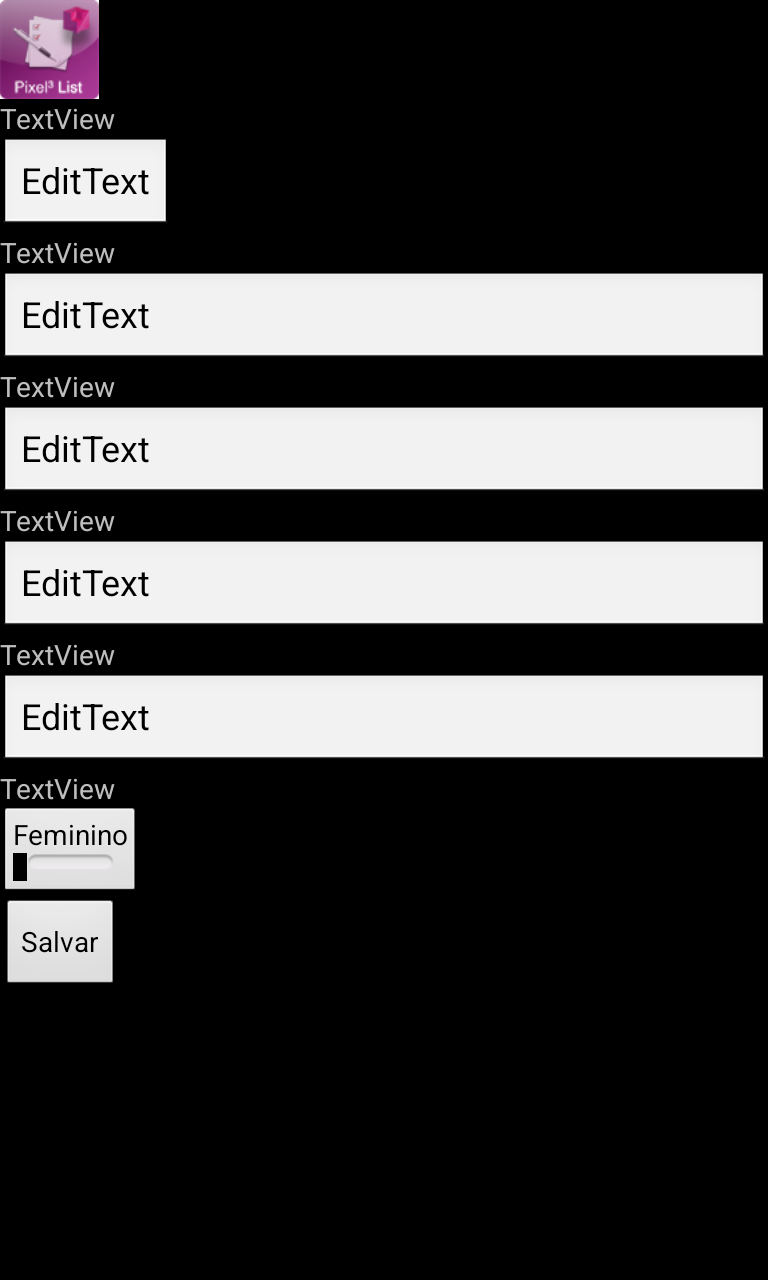
Repository: pixel3mobi/listaDigital
Layout: Pixel3List/res/layout/meusdados.xml
These files come from the project's save history. The layout is drawn as it stood at one moment and after the next save; the edit follows.
It is drawn on a 768 x 1280 px phone screen (xhdpi) without system bars, with theme android:Theme; the app's code is not run.

Above is the layout before, as saved 2011-03-22 10:33:07.

### Pixel3List/res/layout/meusdados.xml
<?xml version="1.0" encoding="utf-8"?>
<RelativeLayout xmlns:android="http://schemas.android.com/apk/res/android"
	android:layout_width="fill_parent" android:layout_height="fill_parent">
	<ImageView android:src="@drawable/icon" android:id="@+id/imageView1"
		android:layout_width="wrap_content" android:layout_height="wrap_content"
		android:layout_alignParentTop="true"></ImageView>
	<ScrollView android:layout_below="@+id/imageView1"
		android:layout_alignLeft="@+id/imageView1" android:layout_width="fill_parent"
		android:layout_height="fill_parent">
		<LinearLayout android:orientation="vertical" android:id="@+id/linearLayout1"
			android:layout_width="fill_parent" android:layout_height="wrap_content">
			<TextView android:text="TextView" android:id="@+id/textView1"
				android:layout_width="wrap_content" android:layout_height="wrap_content"></TextView>
			<EditText android:layout_height="wrap_content" android:text="EditText"
				android:id="@+id/editText1" android:layout_width="wrap_content"></EditText>
			<TextView android:text="TextView" android:id="@+id/textView2"
				android:layout_width="wrap_content" android:layout_height="wrap_content"></TextView>
			<EditText android:layout_height="wrap_content" android:text="EditText"
				android:id="@+id/editText2" android:layout_width="fill_parent"></EditText>
			<TextView android:text="TextView" android:id="@+id/textView3"
				android:layout_width="wrap_content" android:layout_height="wrap_content"></TextView>
			<EditText android:layout_height="wrap_content" android:text="EditText"
				android:id="@+id/editText3" android:layout_width="fill_parent"></EditText>
			<TextView android:text="TextView" android:id="@+id/textView4"
				android:layout_width="wrap_content" android:layout_height="wrap_content"></TextView>
			<EditText android:layout_height="wrap_content" android:text="EditText"
				android:id="@+id/editText4" android:layout_width="fill_parent"></EditText>
			<TextView android:text="TextView" android:id="@+id/textView5"
				android:layout_width="wrap_content" android:layout_height="wrap_content"></TextView>
			<EditText android:layout_height="wrap_content" android:text="EditText"
				android:id="@+id/editText5" android:layout_width="fill_parent"></EditText>
			<TextView android:text="TextView" android:id="@+id/textView7"
				android:layout_width="wrap_content" android:layout_height="wrap_content"></TextView>
			<ToggleButton android:textOn="Masculino"
				android:textOff="Feminino" android:id="@+id/toggleButton1"
				android:layout_width="wrap_content" android:layout_height="wrap_content"></ToggleButton>
			<Button android:text="Salvar" android:id="@+id/btnSalvar"
				android:layout_width="wrap_content" android:layout_height="wrap_content"></Button>
		</LinearLayout>
	</ScrollView>
</RelativeLayout>

After the next save:
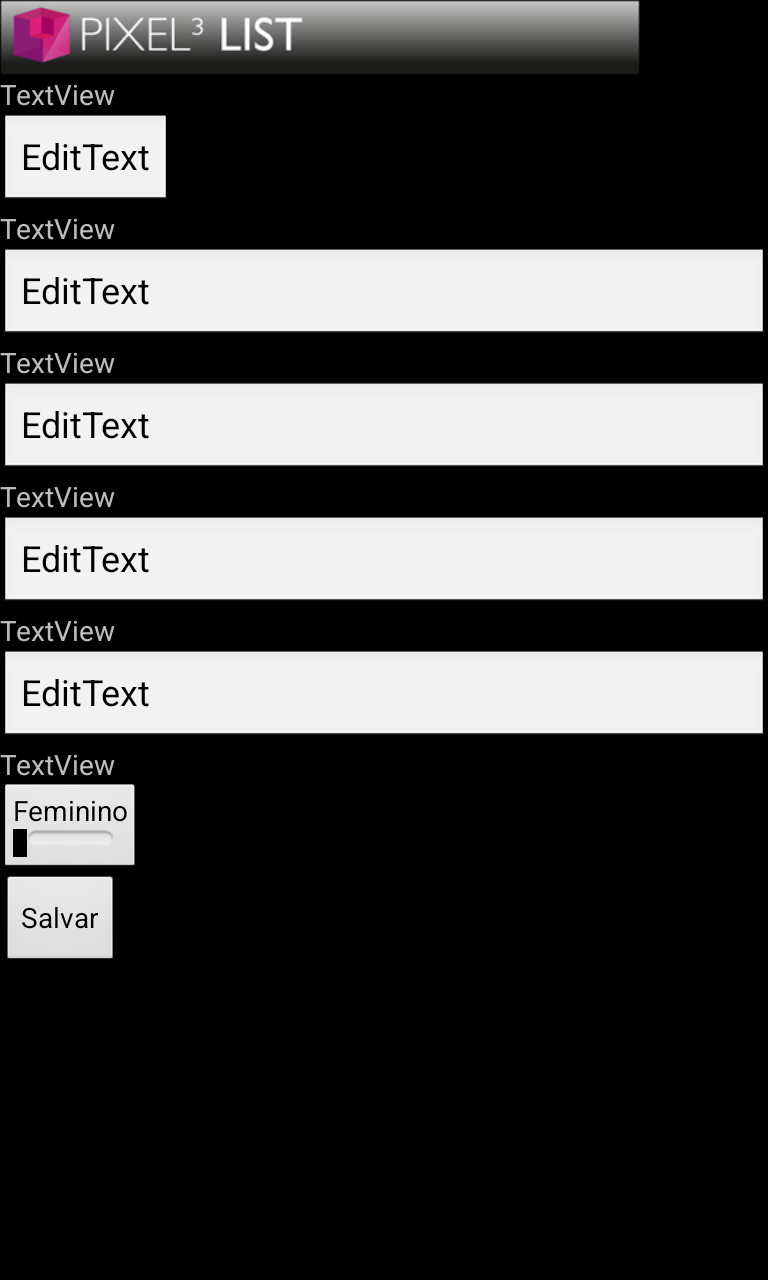
Saved 2 min 26 s later.
--- a/Pixel3List/res/layout/meusdados.xml
+++ b/Pixel3List/res/layout/meusdados.xml
@@ -1,41 +1,82 @@
 <?xml version="1.0" encoding="utf-8"?>
-<RelativeLayout xmlns:android="http://schemas.android.com/apk/res/android"
-	android:layout_width="fill_parent" android:layout_height="fill_parent">
-	<ImageView android:src="@drawable/icon" android:id="@+id/imageView1"
-		android:layout_width="wrap_content" android:layout_height="wrap_content"
-		android:layout_alignParentTop="true"></ImageView>
-	<ScrollView android:layout_below="@+id/imageView1"
-		android:layout_alignLeft="@+id/imageView1" android:layout_width="fill_parent"
+<RelativeLayout
+	xmlns:android="http://schemas.android.com/apk/res/android"
+	android:layout_width="fill_parent"
+	android:layout_height="fill_parent">
+	<ImageView
+		android:src="@drawable/cabecalho"
+		android:id="@+id/imageView1"
+		android:layout_width="wrap_content"
+		android:layout_height="wrap_content"
+		android:layout_alignParentTop="true">
+	</ImageView>
+	<ScrollView
+		android:layout_below="@+id/imageView1"
+		android:layout_alignLeft="@+id/imageView1"
+		android:layout_width="fill_parent"
 		android:layout_height="fill_parent">
-		<LinearLayout android:orientation="vertical" android:id="@+id/linearLayout1"
-			android:layout_width="fill_parent" android:layout_height="wrap_content">
-			<TextView android:text="TextView" android:id="@+id/textView1"
+		<LinearLayout
+			android:orientation="vertical"
+			android:id="@+id/linearLayout1"
+			android:layout_width="fill_parent"
+			android:layout_height="wrap_content">
+			<TextView
+				android:text="TextView"
+				android:id="@+id/textView1"
+				android:layout_width="wrap_content"
+				android:layout_height="wrap_content">
+			</TextView>
+			<EditText
+				android:layout_height="wrap_content" android:text="EditText"
+				android:id="@+id/editText1" android:layout_width="wrap_content"></EditText>
+			<TextView
+				android:text="TextView" android:id="@+id/textView2"
 				android:layout_width="wrap_content" android:layout_height="wrap_content"></TextView>
-			<EditText android:layout_height="wrap_content" android:text="EditText"
-				android:id="@+id/editText1" android:layout_width="wrap_content"></EditText>
-			<TextView android:text="TextView" android:id="@+id/textView2"
+			<EditText
+				android:layout_height="wrap_content" android:text="EditText"
+				android:id="@+id/editText2" android:layout_width="fill_parent"></EditText>
+			<TextView
+				android:text="TextView" android:id="@+id/textView3"
 				android:layout_width="wrap_content" android:layout_height="wrap_content"></TextView>
-			<EditText android:layout_height="wrap_content" android:text="EditText"
-				android:id="@+id/editText2" android:layout_width="fill_parent"></EditText>
-			<TextView android:text="TextView" android:id="@+id/textView3"
+			<EditText
+				android:layout_height="wrap_content" android:text="EditText"
+				android:id="@+id/editText3" android:layout_width="fill_parent"></EditText>
+			<TextView
+				android:text="TextView" android:id="@+id/textView4"
 				android:layout_width="wrap_content" android:layout_height="wrap_content"></TextView>
-			<EditText android:layout_height="wrap_content" android:text="EditText"
-				android:id="@+id/editText3" android:layout_width="fill_parent"></EditText>
-			<TextView android:text="TextView" android:id="@+id/textView4"
-				android:layout_width="wrap_content" android:layout_height="wrap_content"></TextView>
-			<EditText android:layout_height="wrap_content" android:text="EditText"
+			<EditText
+				android:layout_height="wrap_content" android:text="EditText"
 				android:id="@+id/editText4" android:layout_width="fill_parent"></EditText>
-			<TextView android:text="TextView" android:id="@+id/textView5"
-				android:layout_width="wrap_content" android:layout_height="wrap_content"></TextView>
-			<EditText android:layout_height="wrap_content" android:text="EditText"
-				android:id="@+id/editText5" android:layout_width="fill_parent"></EditText>
-			<TextView android:text="TextView" android:id="@+id/textView7"
-				android:layout_width="wrap_content" android:layout_height="wrap_content"></TextView>
-			<ToggleButton android:textOn="Masculino"
-				android:textOff="Feminino" android:id="@+id/toggleButton1"
-				android:layout_width="wrap_content" android:layout_height="wrap_content"></ToggleButton>
-			<Button android:text="Salvar" android:id="@+id/btnSalvar"
-				android:layout_width="wrap_content" android:layout_height="wrap_content"></Button>
+			<TextView
+				android:text="TextView"
+				android:id="@+id/textView5"
+				android:layout_width="wrap_content"
+				android:layout_height="wrap_content">
+			</TextView>
+			<EditText
+				android:layout_height="wrap_content" android:text="EditText"
+				android:id="@+id/editText5"
+				android:layout_width="fill_parent">
+			</EditText>
+			<TextView
+				android:text="TextView"
+				android:id="@+id/textView7"
+				android:layout_width="wrap_content"
+				android:layout_height="wrap_content">
+			</TextView>
+			<ToggleButton
+				android:textOn="Masculino"
+				android:textOff="Feminino"
+				android:id="@+id/toggleButton1"
+				android:layout_width="wrap_content"
+				android:layout_height="wrap_content">
+			</ToggleButton>
+			<Button
+				android:text="Salvar"
+				android:id="@+id/btnSalvar"
+				android:layout_width="wrap_content"
+				android:layout_height="wrap_content">
+			</Button>
 		</LinearLayout>
 	</ScrollView>
 </RelativeLayout>
